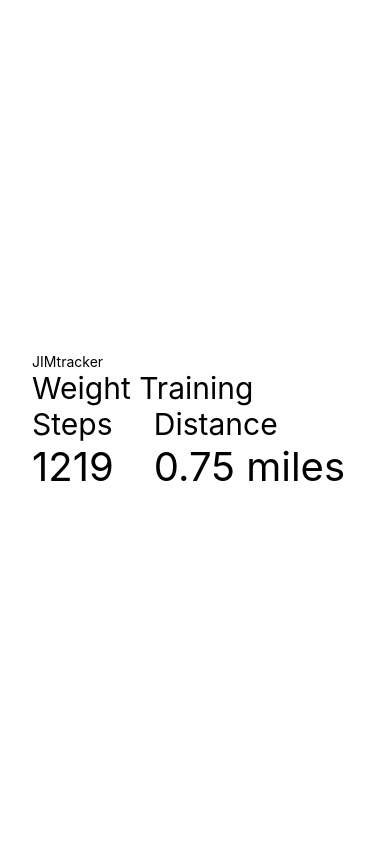
Repository: JamesPesenti/JiMTracker
Screen: /
An editor plug-in stored every save of this project. The screen is shown before and after the next save, followed by the edit.
The app was drawn by React Native's web renderer in a window 390 px wide. The project was rebuilt for these pictures with package versions that can differ from the ones it lists, and the page was loaded fresh each time.

Above is the screen before, as saved 2023-06-16 10:38:21.

After the next save:
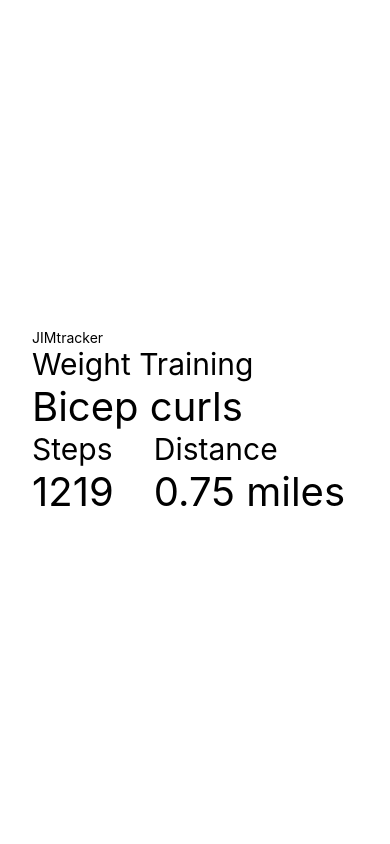
Saved 35 s later.
--- a/App.tsx
+++ b/App.tsx
@@ -5,10 +5,10 @@ export default function App() {
   return (
     <View style={styles.container}>
       <Text>JIMtracker</Text>
-           {/* Training */}
+          {/* Training */}
            <View style={styles.valueContainer}>
               <Text style={styles.label}>Weight Training</Text>
-              <Text style={styles.amount}></Text>
+              <Text style={styles.amount}>Bicep curls</Text>
           </View>
 
         <View style={{flexDirection: 'row'}}>
